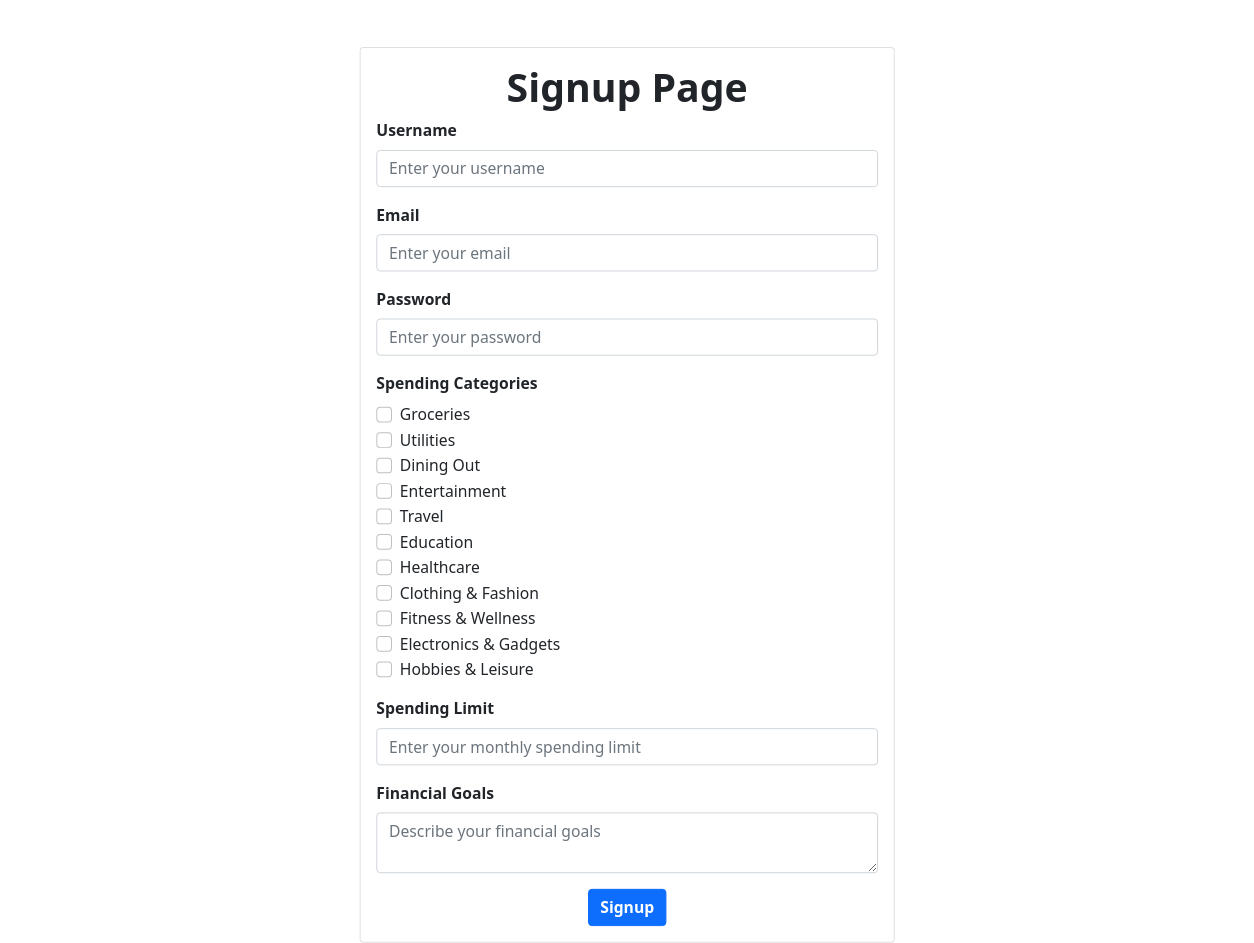
Repository: tommyshado/budget-buddy
Page: public/signup.html
These files come from the project's save history. The page is drawn as it stood at one moment and after the next save; the edit follows.
The browser window is 1280 px wide. The pictures show the whole page, at 98% of full size.

Above is the page before, as saved 2023-12-07 12:28:42.

After the next save:
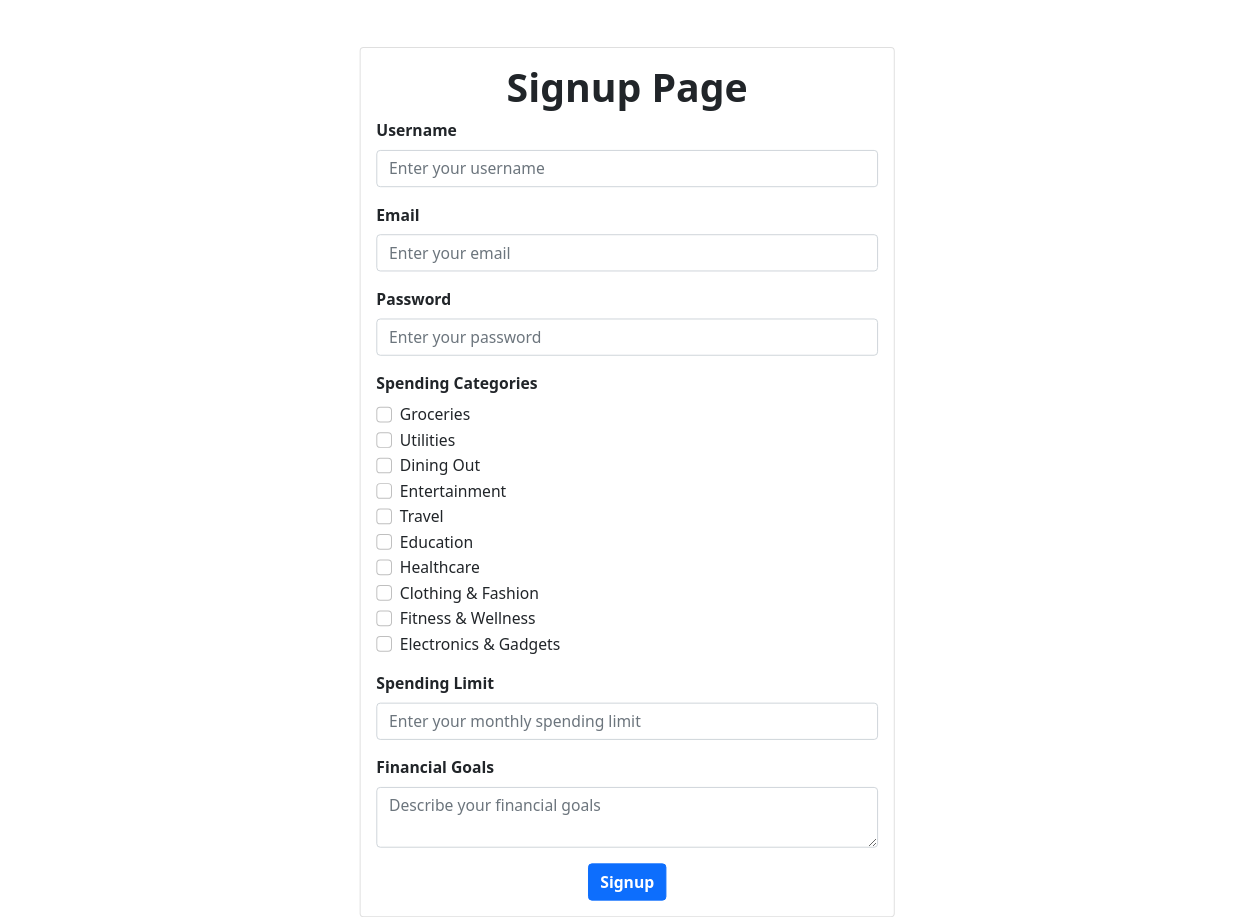
Saved 84 s later.
--- a/public/signup.html
+++ b/public/signup.html
@@ -90,10 +90,7 @@
                                     <label class="form-check-label" for="electronics">Electronics & Gadgets</label>
                                 </div>
 
-                                <div class="form-check">
-                                    <input type="checkbox" class="form-check-input" id="hobbies" name="categories" value="hobbies">
-                                    <label class="form-check-label" for="hobbies">Hobbies & Leisure</label>
-                                </div>
+
 
                                 <!-- Add more checkboxes as needed -->
 
